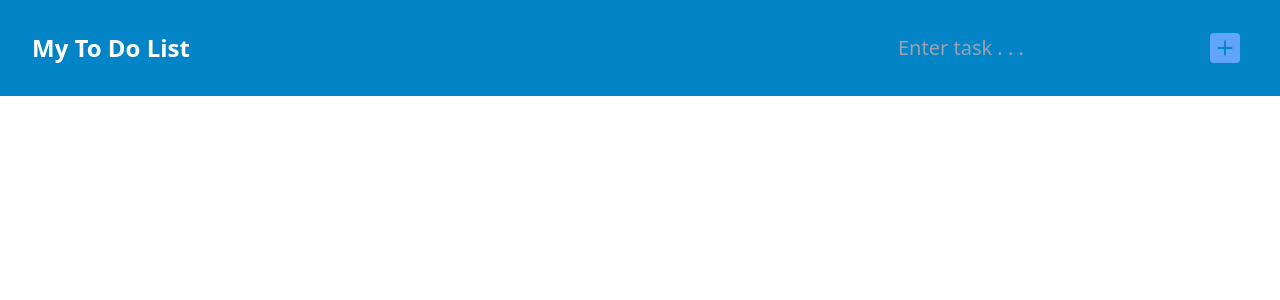
Repository: SaadYasin/react-to-do-list
Page: /
An editor plug-in stored every save of this project. The page is shown before and after the next save, followed by the edit.
The browser window is 1280 px wide. The pictures show the whole page.
The project was rebuilt for these pictures with package versions that can differ from the ones it lists, and the page was loaded fresh each time. Also part of the build but not shown: src/App.css.

Above is the page before, as saved 2022-11-09 20:24:51.

### public/index.html
<!DOCTYPE html>
<html lang="en">
  <head>
    <meta charset="utf-8" />
    <link rel="icon" href="%PUBLIC_URL%/favicon.ico" />
    <meta name="viewport" content="width=device-width, initial-scale=1" />
    <meta name="theme-color" content="#000000" />
    <meta
      name="description"
      content="Web site created using create-react-app"
    />
    <link rel="apple-touch-icon" href="%PUBLIC_URL%/logo192.png" />

    <link rel="manifest" href="%PUBLIC_URL%/manifest.json" />

    <title>React | To Do List</title>
  </head>
  <body>
    <noscript>You need to enable JavaScript to run this app.</noscript>
    <div id="root"></div>

  </body>
</html>

### src/App.js
import Header from './components/Header';
import './App.css';

function App() {
  return (
    <div>
      <Header />
    </div>
  );
}

export default App;

### src/components/Header.js
import React from 'react'
import Input from './Input'

const Header = () => {
  return (
    <div className="flex flex-col items-center md:flex-row md:justify-between h-24 bg-sky-600 px-8">
      <h1 className="text-2xl font-bold text-white my-2">My To Do List</h1>
      <Input />
    </div>
  );
}

export default Header

### src/components/Input.js
import React from "react";
import { BsFillPlusSquareFill } from "react-icons/bs";

const Input = () => {
  return (
    <div>
      <form className="flex h-10 bg-sky-600 rounded-md">
        <input
          type="text"
          placeholder="Enter task . . ."
          className="text-xl bg-transparent text-white px-4 w-80 outline-none"
        />
        <button className="text-3xl text-blue-400 px-2" type="submit">
          <BsFillPlusSquareFill />
        </button>
      </form>
    </div>
  );
};

export default Input;

Loaded but not shown: src/index.js (common file); src/index.css (common file); tailwind.config.js (common file)

After the next save:
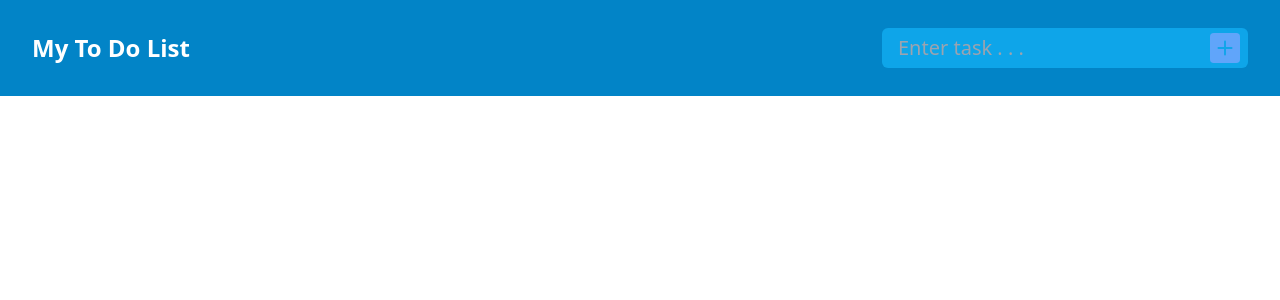
Saved 5 s later.
--- a/src/components/Input.js
+++ b/src/components/Input.js
@@ -4,7 +4,7 @@
 const Input = () => {
   return (
     <div>
-      <form className="flex h-10 bg-sky-600 rounded-md">
+      <form className="flex h-10 bg-sky-500 rounded-md">
         <input
           type="text"
           placeholder="Enter task . . ."
